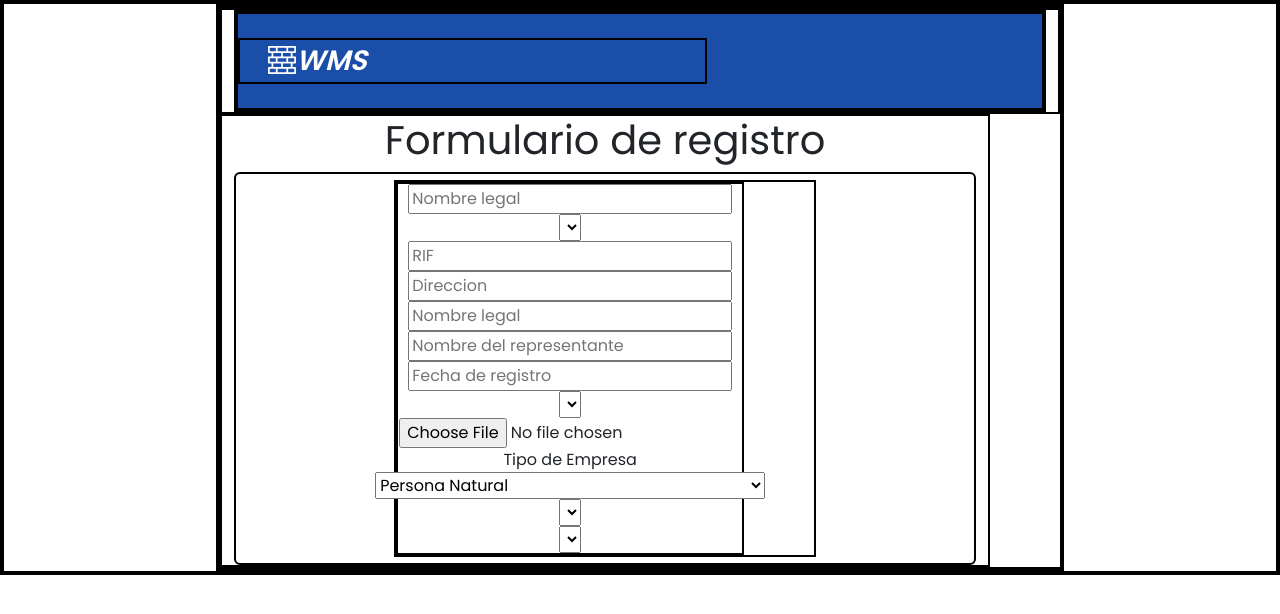
Repository: Rafa-x64/Gestion_inventario_practica
Page: http://localhost/Gestion_inventario/index.php?page=registro-empresa
The author's editor kept a copy of each file at every save. The page is drawn from the files as they stood at one save, then again after a run of saves.
The browser window is 1280 px wide. The pictures show the whole page.
The page is run by PHP 8.4 with error messages shown; the project is at /var/www/html/.

Above is the page before, as saved 2025-07-22 17:51:43.

### index.php
<?php
require_once "config/app.php";
require_once "controller/vistaC.php";

$controlador = new vistaC();
$controlador->cargarVista();

### config/app.php
<?php

const SERVERURL = "http://localhost/Gestion_inventario/";

const NOMBRE_APLICACION = "WMS";

const MONEDA = ["bolivar" => "Bs.", "dolar" => "$", "euro" => "€", "pesos" => "$", "real" => "R$"];

date_default_timezone_set("America/Caracas");

### controller/vistaC.php
<?php
require_once("./model/vistaM.php"); //debe incluir el codigo del modelo

class vistaC extends vistaM //extiende del modelo para usar sus metodos
{

    public function cargarVista() //funcion que carga la vista segun la url que se obtiene como parametro
    {
        if (isset($_GET["page"])) { //page es el parametro especificado en .htaccess
            $vista = self::obtenerVista($_GET["page"]); //se asigna esa url a vista si esta establecido
        } else {
            $vista = "inicio-view.php"; //se muestra el inicio si no esta establecido el parametro en la url
        }

        require("view/plantilla.php"); //se requiere la plantilla para poder mostrar esa vista
    }
}

### model/vistaM.php
<?php

class vistaM
{
    //metodo que obtiene la vista que se le asigna en $pagina
    protected static function obtenerVista($pagina) //recive una variable pagina
    {
        $paginas_existentes = ["404", "inicio-sesion", "inicio", "registro-empresa"]; //lista de paginas del proyecto
        if (!in_array($pagina, $paginas_existentes)) { //si no esta en el array entonces...
            return "404-view.php"; //pagina de 404
            exit();
        }

        return $pagina . "-view.php"; //retorna $pagina-view para ser abierta por el controlador si esa pagina existe en la lista
    }
}

### view/plantilla.php
    <?php

    //aqui se ejecuta la vista y se muestran los includes si la pagina cumple cierta condicion

    if ($vista != "inicio-view.php" && $vista != "404-view.php" && $vista != "inicio-sesion-view.php" && $vista != "registro-empresa-view.php") {
        include("view/includes/links.php");
        require("view/includes/header.html");
        include("php/" . $vista);
        require("view/includes/footer.html");
        include("view/includes/scripts.php");
    }

    include("view/includes/links.php");
    require("php/" . $vista);
    include("view/includes/scripts.php");

    ?>

### view/includes/links.php
<!DOCTYPE html>
<html lang="en">

<head>
    <meta charset="UTF-8">
    <meta name="viewport" content="width=device-width, initial-scale=1.0">
    <title><?php echo NOMBRE_APLICACION; ?></title>
    <link href="https://cdn.jsdelivr.net/npm/bootstrap@5.3.7/dist/css/bootstrap.min.css" rel="stylesheet"
        integrity="sha384-LN+7fdVzj6u52u30Kp6M/trliBMCMKTyK833zpbD+pXdCLuTusPj697FH4R/5mcr" crossorigin="anonymous">
    <link rel="stylesheet" href="https://cdn.jsdelivr.net/npm/bootstrap-icons@1.10.5/font/bootstrap-icons.css">
    <link rel="stylesheet" href="<?php echo SERVERURL ?>view/css/bordes.css">
    <link rel="stylesheet" href="<?php echo SERVERURL ?>view/css/inicio-view.css">
    <link rel="shortcut icon" href="<?php echo SERVERURL ?>view/images/bootstrap-fill.ico" type="image/x-icon">
    <link rel="stylesheet" href="<?php echo SERVERURL ?>view/css/registro-empresa-view.css">
</head>

<body>

### view/php/registro-empresa-view.php
<style>
    [class*="col"],
    [class*="row"],
    [class*="section"] {
        border: 2px solid black;
    }

    [class*="container"] {
        border: 2px solid black;
    }
</style>
<div class="container-fluid">
    <div class="row d-flex flex-column align-items-center justify-content-center">
        <div class="col-8 align-items-center justify-content-center">
            <div class="row">
                <div class="col">
                    <header id="barra-navegacion">
                        <div class="container-fluid pt">
                            <div class="row flex-row py-4">
                                <div class="col-7 d-flex flex-row justify-content-start">
                                    <i class="bi bi-bricks fs-3 ps-3 text-white">WMS</i>
                                </div>
                            </div>
                        </div>
                    </header>
                </div>
                <div class="col-11 d-flex flex-column align-items-center justify-content-center">
                    <h1>Formulario de registro</h1>
                    <form action="" method="post" class="form-control d-flex flex-column align-items-center justify-content-center">
                        <div class="row">
                            <div class="col-10 d-flex flex-column align-items-center justify-content-center">
                                <input type="text" name="" id="nombre_legal" placeholder="Nombre legal">
                                <select name="" id="">
                                    <option value=""></option>
                                    <option value=""></option>
                                    <option value=""></option>
                                    <option value=""></option>
                                    <option value=""></option>
                                    <option value=""></option>
                                </select><input type="text" name="" id="rif" placeholder="RIF"><input type="text" name="" id="direccion" placeholder="Direccion"><input type="text" name="" id="nombre_legal" placeholder="Nombre legal">
                                <input:mail id="correo" placeholder="Correo electronico"></input:mail>
                                <input type="text" name="" id="nombre_representante" placeholder="Nombre del representante"><input type="text" name="" id="fecha_registro" placeholder="Fecha de registro">
                                <select name="" id="">
                                    <option value=""></option>
                                    <option value=""></option>
                                </select><input type="file" name="" id="logo"><label for="">Tipo de Empresa</label>
                                <select name="tipo_empresa" id="">
                                    <option value="persona_natural">Persona Natural</option>
                                    <option value="sociedad_anonima">Sociedad Anónima (S.A.)</option>
                                    <option value="sociedad_de_responsabilidad_limitada">Sociedad de Responsabilidad Limitada (S.R.L.)</option>
                                    <option value="sociedad_comanditaria">Sociedad Comanditaria</option>
                                    <option value="sociedad_civil">Sociedad Civil</option>
                                    <option value="cooperativa">Cooperativa</option>
                                    <option value="fundacion">Fundación</option>
                                    <option value="comunidad_de_bienes">Comunidad de Bienes</option>
                                    <option value="empresa_del_estado">Empresa del Estado</option>
                                    <option value="comercial">Comercial</option>
                                    <option value="industrial">Industrial</option>
                                    <option value="servicios">Servicios</option>
                                    <option value="agropecuario">Agropecuario</option>
                                    <option value="tecnologico">Tecnológico</option>
                                    <option value="salud">Salud</option>
                                    <option value="educacion">Educación</option>
                                    <option value="transporte">Transporte</option>
                                    <option value="construccion">Construcción</option>
                                    <option value="turismo">Turismo</option>
                                    <option value="financiero">Financiero</option>
                                    <option value="energia">Energía</option>
                                    <option value="local">Local</option>
                                    <option value="regional">Regional</option>
                                    <option value="nacional">Nacional</option>
                                    <option value="multinacional">Multinacional</option>
                                    <option value="transnacional">Transnacional</option>
                                    <option value="microempresa">Microempresa</option>
                                    <option value="pequena">Pequeña</option>
                                    <option value="mediana">Mediana</option>
                                    <option value="grande">Grande</option>
                                    <option value="privada">Privada</option>
                                    <option value="publica">Pública</option>
                                    <option value="mixta">Mixta</option>
                                    <option value="primario">Primario</option>
                                    <option value="secundario">Secundario</option>
                                    <option value="terciario">Terciario</option>
                                    <option value="cuaternario">Cuaternario</option>
                                    <option value="quinario">Quinario</option>
                                </select>
                                <select name="" id="">Moneda
                                    <option value=""></option>
                                    <option value=""></option>
                                    <option value=""></option>
                                </select><select name="" id="">Zona horaria
                                    <option value=""></option>
                                </select>
                            </div>
                        </div>
                    </form>
                </div>
            </div>
        </div>
    </div>
</div>

<?php
include("./controller/registroEmpresaC.php");
$registro = registroEmpresaC::getFormulario($_POST);
?>

### controller/registroEmpresaC.php
<?php

include_once("./model/mainModel.php");
include_once("./model/empresaM.php");

class registroEmpresaC extends mainModel
{

    public static function getFormulario($formulario) {}

    public static function validar_rif()
    {
        /*Se usa el algoritmo Módulo 11, que toma los primeros 9 caracteres y les aplica una
        fórmula ponderada. El resultado final es el dígito verificador que valida el número
        completo.*/
    }
}

### model/mainModel.php
<?php

include_once("./config/server.php");

class mainModel
{

    protected static function conectar_base_datos()
    {
        try {
            $con = new PDO(SGBD, USUARIO, CONSTRASEÑA);
            $con->exec("SET CARACTER SET utf8");
            return $con;
        } catch (PDOException $e) {
            echo $e->getMessage();
        }
    }

    protected static function consulta_simple($sentenciaSQL)
    {
        $operacion = self::conectar_base_datos()->prepare($sentenciaSQL);
        $operacion->execute();
        return $operacion;
    }
}

### config/server.php
<?php

const SGBD = "mysql:host=localhost;dbname=WMS";

const USUARIO = "root";

const CONSTRASEÑA = "";

const METHOD = "AES-256-CBC";

### model/empresaM.php
<?php

include_once("./model/mainModel.php");

class empresaM extends mainModel
{
    private $id_empresa = ""; //crear una funcion que genere el id de la empresa
    private $nombre_legal = "";
    private $rif = ""; //validar que sea un rif valido segun el pais
    private $direccion = "";
    private $contacto = "";
    private $correo = "";
    private $nombre_representante = "";
    private $fecha_registro = ""; //date
    private $estado_condicion = ""; //booleano
    private $logo = ""; //imagen;
    private $tipo_empresa = "";
    private $moneda = ""; //seleccionar las monedas existentes en ./config/server.php
    private $zona_horaria = "";

    public function __construct(
        $nombre_legal,
        $rif,
        $direccion,
        $contacto,
        $correo,
        $nombre_representante,
        $fecha_registro,
        $estado_condicion,
        $logo,
        $tipo_empresa,
        $moneda,
        $zona_horaria
    ) {
        $this->id_empresa = $this->generarIdEmpresa();
        $this->nombre_legal = $nombre_legal;
        $this->rif = $rif;
        $this->direccion = $direccion;
        $this->contacto = $contacto;
        $this->correo = $correo;
        $this->nombre_representante = $nombre_representante;
        $this->fecha_registro = $fecha_registro;
        $this->estado_condicion = $estado_condicion;
        $this->logo = $logo;
        $this->tipo_empresa = $tipo_empresa;
        $this->moneda = $moneda;
        $this->zona_horaria = $zona_horaria;
    }

    private function generarIdEmpresa()
    {
        return uniqid("EMP_");
    }

    public function getIdEmpresa()
    {
        return $this->id_empresa;
    }

    public function getNombreLegal()
    {
        return $this->nombre_legal;
    }

    public function setNombreLegal($nombre_legal)
    {
        $this->nombre_legal = $nombre_legal;
    }

    public function getRif()
    {
        return $this->rif;
    }

    public function setRif($rif)
    {
        $this->rif = $rif;
    }

    public function getDireccion()
    {
        return $this->direccion;
    }

    public function setDireccion($direccion)
    {
        $this->direccion = $direccion;
    }

    public function getContacto()
    {
        return $this->contacto;
    }

    public function setContacto($contacto)
    {
        $this->contacto = $contacto;
    }

    public function getCorreo()
    {
        return $this->correo;
    }

    public function setCorreo($correo)
    {
        $this->correo = $correo;
    }

    public function getNombreRepresentante()
    {
        return $this->nombre_representante;
    }

    public function setNombreRepresentante($nombre_representante)
    {
        $this->nombre_representante = $nombre_representante;
    }

    public function getFechaRegistro()
    {
        return $this->fecha_registro;
    }

    public function setFechaRegistro($fecha_registro)
    {
        $this->fecha_registro = $fecha_registro;
    }

    public function getEstadoCondicion()
    {
        return $this->estado_condicion;
    }

    public function setEstadoCondicion($estado_condicion)
    {
        $this->estado_condicion = $estado_condicion;
    }

    public function getLogo()
    {
        return $this->logo;
    }

    public function setLogo($logo)
    {
        $this->logo = $logo;
    }

    public function getTipoEmpresa()
    {
        return $this->tipo_empresa;
    }

    public function setTipoEmpresa($tipo_empresa)
    {
        $this->tipo_empresa = $tipo_empresa;
    }

    public function getMoneda()
    {
        return $this->moneda;
    }

    public function setMoneda($moneda)
    {
        $this->moneda = $moneda;
    }

    public function getZonaHoraria()
    {
        return $this->zona_horaria;
    }

    public function setZonaHoraria($zona_horaria)
    {
        $this->zona_horaria = $zona_horaria;
    }

    public function __toString()
    {
        return "Empresa: {$this->nombre_legal}, RIF: {$this->rif}, Dirección: {$this->direccion}, Contacto: {$this->contacto}, Correo: {$this->correo}, Representante: {$this->nombre_representante}, Fecha de registro: {$this->fecha_registro}, Estado: {$this->estado_condicion}, Tipo: {$this->tipo_empresa}, Moneda: {$this->moneda}, Zona horaria: {$this->zona_horaria}";
    }
}

### view/includes/scripts.php
</body>

<script src="https://cdn.jsdelivr.net/npm/bootstrap@5.3.7/dist/js/bootstrap.bundle.min.js"
    integrity="sha384-ndDqU0Gzau9qJ1lfW4pNLlhNTkCfHzAVBReH9diLvGRem5+R9g2FzA8ZGN954O5Q"
    crossorigin="anonymous">
</script>

</html>

### view/css/bordes.css
@import url('https://fonts.googleapis.com/css2?family=Poppins:wght@300;400;600&display=swap');

body {
    margin: 0;
    padding: 0;
    font-size: 1rem;
    font-weight: 600;
    font-family: 'Poppins', sans-serif;
}

/*----------comentar para ocultar los bordes visibles--------------*/
[class*="col"],
[class*="row"],
[class*="section"] {
    border: 2px solid black;
}

[class*="container"] {
    border: 2px solid black;
}

### view/css/inicio-view.css
#main {
    background-color: #e5eeff;
}

#barra-navegacion {
    background-color: #1a4ea9;
}

#eslogan {
    color: white;
}

#registro-sesion a {
    text-decoration: none;
    color: white;
    border-radius: 1rem;
}

#registro,
#inicio-sesion {
    border-radius: 1rem;
}



#conocenos h1 {
    color: #1a4ea9;
    font-size: 3.5rem;
    font-weight: bold;
}

#comparativa {
    position: relative;
    background-color: white;
    border-radius: 1rem;
    box-shadow: 0 4px 12px #c5d3e0;
}

.icono-superior {
    position: absolute;
    top: -25px;
    /* sobresale por arriba */
    right: -20px;
    /* sobresale por la izquierda */
    z-index: 9999;
}

#comparativa h1 {
    font-size: 2.5rem;
    font-weight: bold;
}

#comparativa i {
    color: #00923F !important;
}

#comparativa b {
    color: #1a4ea9;
}

Loaded but not shown: view/css/registro-empresa-view.css (no copy from this time; the picture is the same without it)

After the next 4 saves:
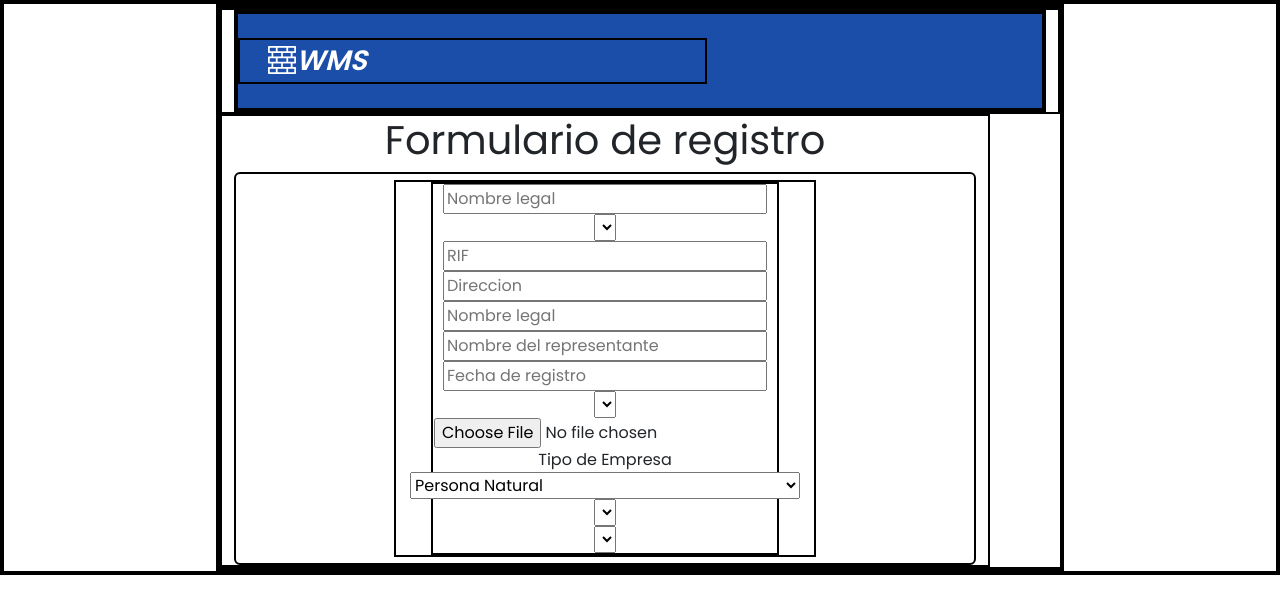
The 4 saves are shown as one change because they came seconds apart.
The last was saved 23 s later.
--- a/view/php/registro-empresa-view.php
+++ b/view/php/registro-empresa-view.php
@@ -27,7 +27,7 @@
                 <div class="col-11 d-flex flex-column align-items-center justify-content-center">
                     <h1>Formulario de registro</h1>
                     <form action="" method="post" class="form-control d-flex flex-column align-items-center justify-content-center">
-                        <div class="row">
+                        <div class="row d-flex flex-row align-items-center justify-content-center">
                             <div class="col-10 d-flex flex-column align-items-center justify-content-center">
                                 <input type="text" name="" id="nombre_legal" placeholder="Nombre legal">
                                 <select name="" id="">
